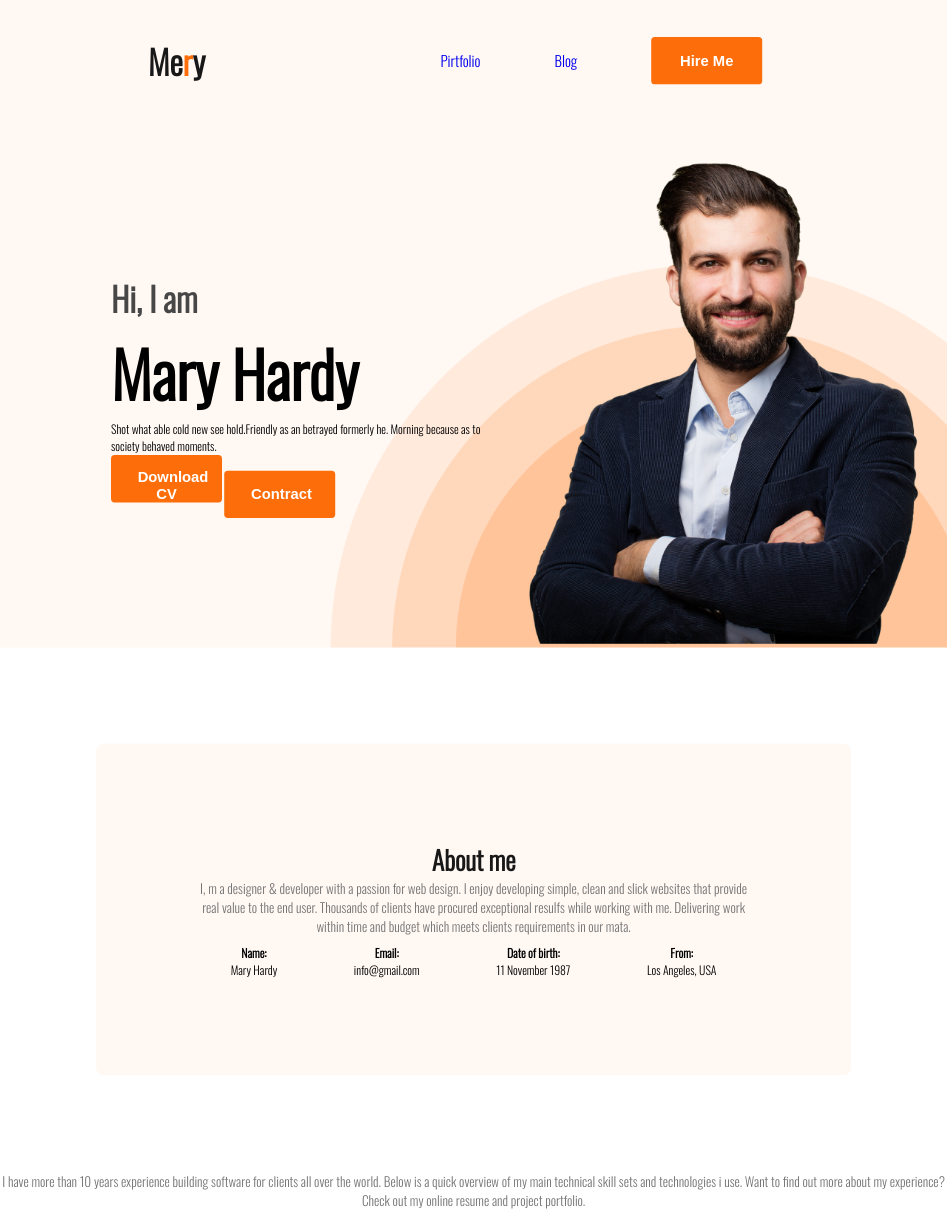
Repository: sumonkumarsarkar/my-website-personal
Page: index.html
These files come from the project's save history. The page is drawn as it stood at one moment and after the next save; the edit follows.
The browser window is 1280 px wide. The pictures show the whole page, at 74% of full size.

Above is the page before, as saved 2024-01-06 12:44:28.

After the next save:
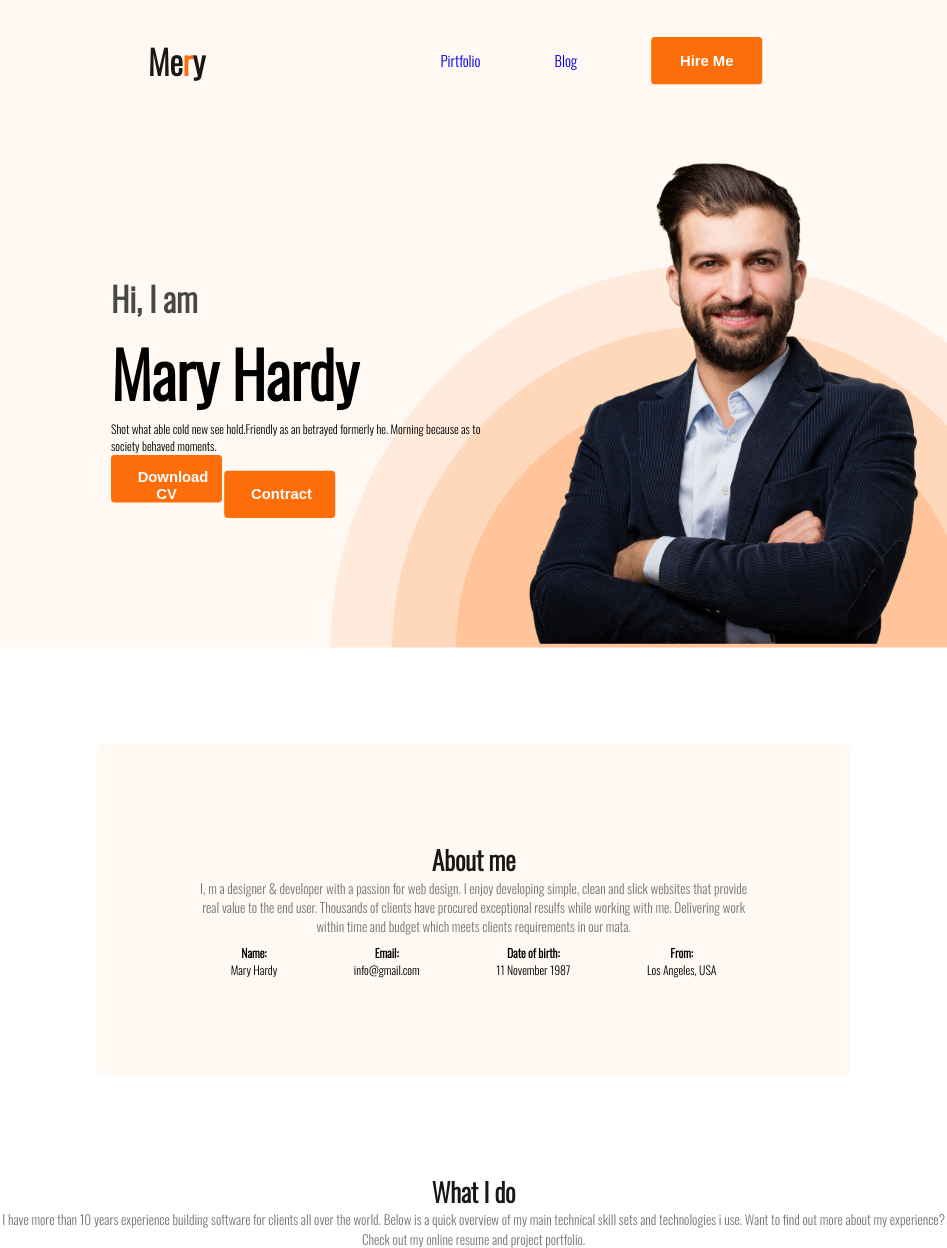
Saved 34 s later.
--- a/index.html
+++ b/index.html
@@ -66,10 +66,15 @@
 </section>
 
 <!-- what i do section  start-->
-     <h3 class="section-title"></h3>
+
+<section>
+    <h3 class="section-title">What I do</h3>
      <p class="section-description">
         I have more than 10 years experience building software for clients all over the world. Below is a quick overview of my main technical skill sets and technologies i use. Want to find out more about my experience? Check out my online resume and project portfolio.
      </p>
+
+</section>
+
 <!-- what i do section  end-->
 
 
